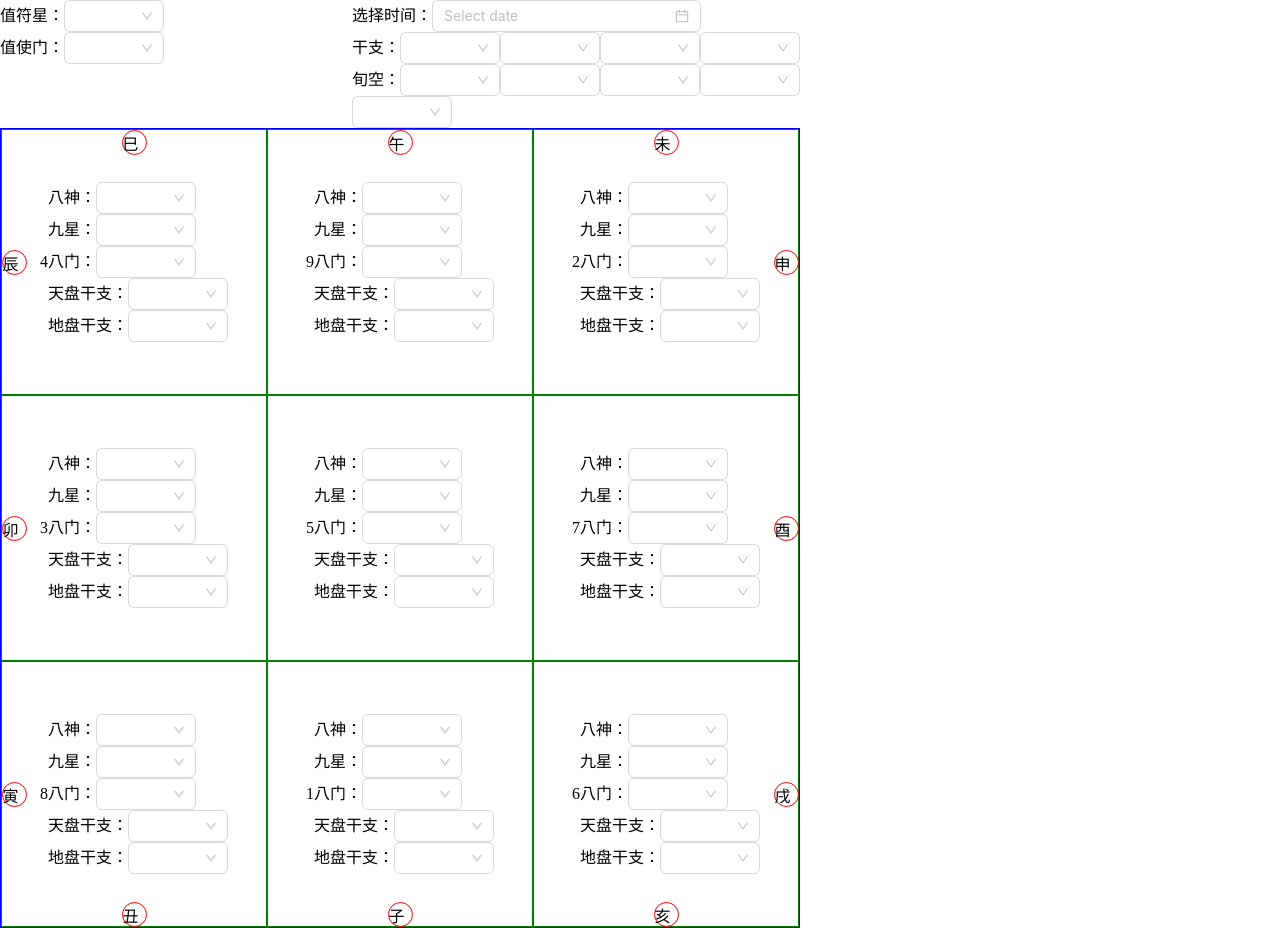
Repository: DaozhangChen/qiMen
Page: /
An editor plug-in stored every save of this project. The page is shown before and after the next save, followed by the edit.
The browser window is 1280 px wide. The pictures show the whole page.
The project was rebuilt for these pictures with package versions that can differ from the ones it lists, and the page was loaded fresh each time. Also part of the build but not shown: vite.config.js.

Above is the page before, as saved 2024-04-06 16:31:39.

### src/App.jsx
import Sudoku from './compoment/Sudoku'

function App() {

  return (
    <>
      <Sudoku />
    </>
  )
}

export default App

### src/index.css
* {
  padding: 0;
  margin: 0;
  box-sizing: border-box;
}

ul,
li {
  list-style: none;
}

### src/compoment/Sudoku.jsx
import "../style/Sudoku.css"
import InfoSelect from "./InfoSelect"
import { useState } from "react"
import HeaderInfo from "./HeaderInfo"
import { useEffect } from "react"

function Sudoku() {
    const regionArr = [
        { number: 4, area: "巽", initDownStem1: "巳", initDownStem2: "辰" },
        { number: 9, area: "离", initDownStem1: "午" },
        { number: 2, area: "坤", initDownStem1: "未", initDownStem2: "申" },
        { number: 3, area: "震", initDownStem1: "卯" },
        { number: 5, area: "中" },
        { number: 7, area: "兑", initDownStem1: "酉" },
        { number: 8, area: "艮", initDownStem1: "丑", initDownStem2: "寅" },
        { number: 1, area: "坎", initDownStem1: "子" },
        { number: 6, area: "乾", initDownStem1: "亥", initDownStem2: "戌" }
    ]
    const baseHeaderInfo = {
        headerStar: null,
        headerDoor: null,
        headerTime: null,
        headerYearStem: null,
        headerMonthStem: null,
        headerDayStem: null,
        headerTimeStem: null,
        headerYearNull: null,
        headerMonthNull: null,
        headerDayNull: null,
        headerTimeNull: null,
        curPattern: null
    }
    const [detailInfo, setDetailInfo] = useState(regionArr)
    const [headerInfoObj, setHeaderInfoObj] = useState(baseHeaderInfo)
    useEffect(() => {
        console.log("11", detailInfo)
        return () => {
            console.log("22", detailInfo)
        }
    }, [detailInfo])


    return (
        <>
            <HeaderInfo setHeaderInfo={setHeaderInfoObj} />
            <div className="sudoku-grid">
                {/* 生成九宫格 */}
                {regionArr.map((value) => (
                    <div key={value.number} className="sudoku-row" data-key={value.number}>
                        {
                            value.number !== 5 ? <div className={"downStem1-" + value.number}>{value.initDownStem1}</div> : null
                        }
                        {
                            value.number % 2 === 0 ? <div className={"downStem2-" + value.number}>{value.initDownStem2}</div> : null
                        }
                        <div>{value.number}</div>
                        <ul>
                            <li className="sudoku-cell">
                                <ul>
                                    <li className="god">八神：<span><InfoSelect type="god" setDetailInfo={setDetailInfo} area={value.number} /></span></li>
                                    <li className="star">九星：<span><InfoSelect type="star" setDetailInfo={setDetailInfo} area={value.number} /></span></li>
                                    <li className="door">八门：<span><InfoSelect type="door" setDetailInfo={setDetailInfo} area={value.number} /></span></li>
                                    <li className="upStem">天盘干支：<span><InfoSelect type="upStem" setDetailInfo={setDetailInfo} area={value.number} /></span></li>
                                    <li className="downStem">地盘干支：<span><InfoSelect type="downStem" setDetailInfo={setDetailInfo} area={value.number} /></span></li>
                                </ul>
                            </li>
                        </ul>
                    </div>
                ))}
            </div>
        </>
    )
}
export default Sudoku

### src/style/Sudoku.css
.sudoku-grid {
    border: 1px solid blue;
    width: 800px;
    height: 800px;
    display: grid;
    grid-template-columns: repeat(3, 1fr);
    grid-template-rows: repeat(3, 1fr);

}

.sudoku-row {
    display: flex;
    border: 1px solid green;
    align-items: center;
    justify-content: center;
    position: relative;
}

.sudoku-cell>li {
    margin: 5px 0px;
}

div[class^="downStem"] {
    width: 25px;
    height: 25px;
    border: 1px solid red;
    border-radius: 50%;
}

.downStem1-4,
.downStem1-9,
.downStem1-2 {
    position: absolute;
    transform: translateY(-120px);
}

.downStem1-3,
.downStem2-4,
.downStem2-8 {
    position: absolute;
    transform: translateX(-120px);
}

.downStem1-7,
.downStem2-2,
.downStem2-6 {
    position: absolute;
    transform: translateX(120px);
}

.downStem1-1,
.downStem1-8,
.downStem1-6 {
    position: absolute;
    transform: translateY(120px);
}

### src/compoment/InfoSelect.jsx
import { Select } from "antd";
import setOption from "../toolFunction/setOption"

// eslint-disable-next-line react/prop-types
const InfoSelect = ({ type, setDetailInfo, area }) => {
    const option = setOption(type)

    const setValue = (value) => {
        //设置全局value
        if (area === "header") {
            setDetailInfo(originObj => {
                originObj[type] = value
                return { ...originObj }
            })
        } else {
            setDetailInfo(originArr => {
                const newArr = originArr.map((item) => {
                    if (item.number === area) {
                        item[type] = value
                        return item
                    } else {
                        return item
                    }
                })
                return newArr
            })
        }
    }

    return (
        <>
            <Select style={{ width: 100 }} options={option} onChange={setValue} showSearch />
        </>
    )
}

export default InfoSelect

### src/compoment/HeaderInfo.jsx
import "../style/HeaderInfo.css"
import InfoSelect from "./InfoSelect"
import { DatePicker } from 'antd';
// eslint-disable-next-line react/prop-types
const HeaderInfo = ({ setHeaderInfo }) => {

    const timeChange = (time, dateString) => {
        setHeaderInfo((value) => {
            return { ...value, headerTime: dateString }
        })
    }
    return (
        <>
            <div className="headerWrapper">
                <div>
                    <div>值符星：<span><InfoSelect type="headerStar" setDetailInfo={setHeaderInfo} area="header" /></span></div>
                    <div>值使门：<span><InfoSelect type="headerDoor" setDetailInfo={setHeaderInfo} area="header" /></span></div>
                </div>
                <div>
                    <div>选择时间：<span><DatePicker showTime onChange={timeChange} /></span></div>
                    <div>干支：
                        <span>
                            <InfoSelect type="headerYearStem" setDetailInfo={setHeaderInfo} area="header" />
                            <InfoSelect type="headerMonthStem" setDetailInfo={setHeaderInfo} area="header" />
                            <InfoSelect type="headerDayStem" setDetailInfo={setHeaderInfo} area="header" />
                            <InfoSelect type="headerTimeStem" setDetailInfo={setHeaderInfo} area="header" />
                        </span>
                    </div>
                    <div>旬空：
                        <span>
                            <InfoSelect type="headerYearNull" setDetailInfo={setHeaderInfo} area="header" />
                            <InfoSelect type="headerMonthNull" setDetailInfo={setHeaderInfo} area="header" />
                            <InfoSelect type="headerDayNull" setDetailInfo={setHeaderInfo} area="header" />
                            <InfoSelect type="headerTimeNull" setDetailInfo={setHeaderInfo} area="header" />
                        </span>
                    </div>
                    <div>
                        <span>
                            <InfoSelect type="curPattern" setDetailInfo={setHeaderInfo} area="header" />
                        </span>
                    </div>
                </div>
            </div>
        </>
    )
}

export default HeaderInfo

### src/toolFunction/setOption.js
import allStem from "./getAllSexagenaryBranches"
function setupOption(arr) {
    const option = arr.map((value) => {
        const obj = {}
        obj.label = value
        obj.value = value
        return obj
    })
    return option
}

const setOption = (type) => {
    const godArr = ["值符", "腾蛇", "太阴", "六合", "白虎", "玄武", "九地", "九天"]
    const starArr = ["天蓬星", "天任星", "天冲星", "天辅星", "天英星", "天芮星", "天柱星", "天心星", "天禽星"]
    const doorArr = ["休门", "生门", "伤门", "杜门", "景门", "死门", "惊门", "开门"]
    const stemArr = ["戊", "己", "庚", "辛", "壬", "癸", "丁", "丙", "乙"]
    const downNullStem = ["子丑", "寅卯", "辰巳", "午未", "申酉", "戌亥"]
    const pattern = [
        "阳遁一局", "阳遁二局", "阳遁三局", "阳遁四局", "阳遁五局", "阳遁六局", "阳遁七局", "阳遁八局", "阳遁九局",
        "阴遁一局", "阴遁二局", "阴遁三局", "阴遁四局", "阴遁五局", "阴遁六局", "阴遁七局", "阴遁八局", "阴遁九局"
    ]
    const resultMap = {
        "god": setupOption(godArr),
        "star": setupOption(starArr),
        "door": setupOption(doorArr),
        "upStem": setupOption(stemArr),
        "downStem": setupOption(stemArr),
        "headerStar": setupOption(starArr),
        "headerDoor": setupOption(doorArr),
        "headerYearStem": setupOption(allStem),
        "headerMonthStem": setupOption(allStem),
        "headerDayStem": setupOption(allStem),
        "headerTimeStem": setupOption(allStem),
        "headerYearNull": setupOption(downNullStem),
        "headerMonthNull": setupOption(downNullStem),
        "headerDayNull": setupOption(downNullStem),
        "headerTimeNull": setupOption(downNullStem),
        "curPattern": setupOption(pattern)
    }
    return resultMap[type]
}

export default setOption

### src/style/HeaderInfo.css
.headerWrapper {
    display: flex;
    flex-direction: row;
    width: 800px;
    justify-content: space-between;
}

### src/toolFunction/getAllSexagenaryBranches.js
function getAllSexagenaryBranches() {
    const allUpStem = ["甲", "乙", "丙", "丁", "戊", "己", "庚", "辛", "壬", "癸"]
    const allDownStem = ["子", "丑", "寅", "卯", "辰", "巳", "午", "未", "申", "酉", "戌", "亥"]
    const finalItems = []
    let upIndex = 0
    let downIndex = 0
    for (let i = 0; i < 60; i++) {
        finalItems.push(allUpStem[upIndex] + allDownStem[downIndex])
        upIndex === 9 ? upIndex = 0 : upIndex++
        downIndex === 11 ? downIndex = 0 : downIndex++
    }
    return finalItems
}
const allStem = getAllSexagenaryBranches()


export default allStem

Loaded but not shown: index.html (common file); src/main.jsx (common file)

After the next save:
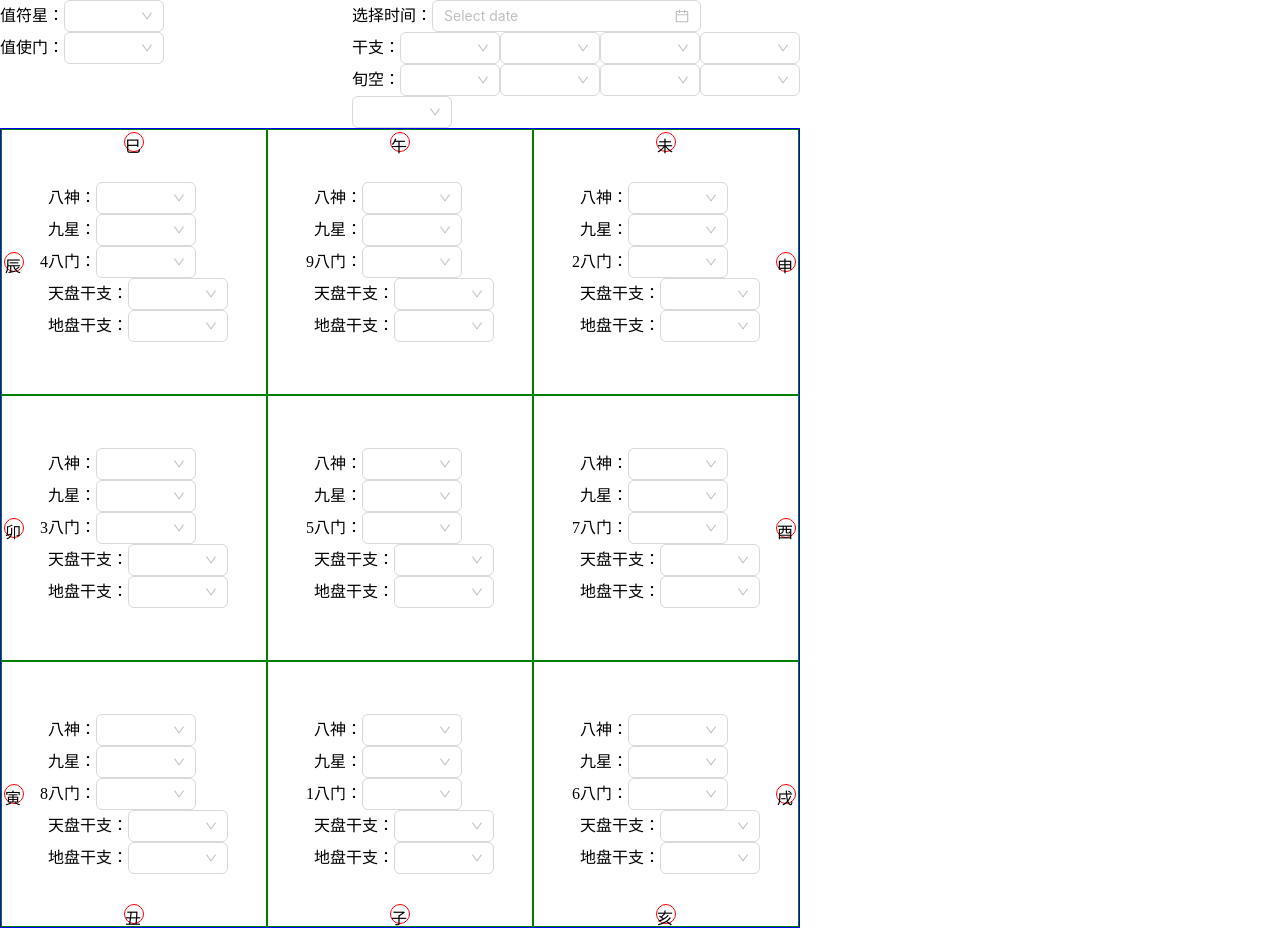
Saved 9 s later.
--- a/src/style/Sudoku.css
+++ b/src/style/Sudoku.css
@@ -21,8 +21,8 @@
 }
 
 div[class^="downStem"] {
-    width: 25px;
-    height: 25px;
+    width: 20px;
+    height: 20px;
     border: 1px solid red;
     border-radius: 50%;
 }
